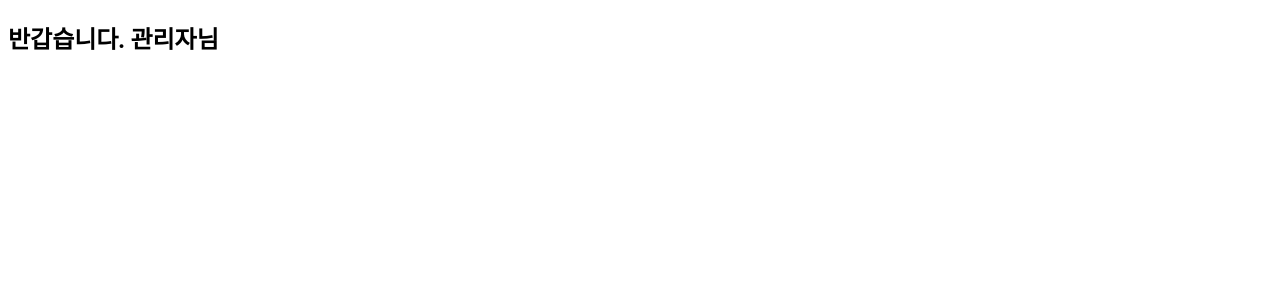
Repository: cdj6995/Web
Page: http://localhost/Lecture-Web/jsp/jstl/core/exam03.jsp
These files come from the project's save history. The page is drawn as it stood at one moment and after the next save; the edit follows.
The browser window is 1280 px wide. The pictures show the whole page.
The page is served by Tomcat 9. Other server files are loaded and not shown.

Above is the page before, as saved 2022-06-07 06:57:03.

### Lecture-Web/src/main/webapp/jsp/jstl/core/exam03.jsp
<%@ page language="java" contentType="text/html; charset=UTF-8"
    pageEncoding="UTF-8"%>
<%@ taglib prefix="c" uri="http://java.sun.com/jsp/jstl/core" %>
<!DOCTYPE html>
<html>
<head>
<meta charset="UTF-8">
<title>Insert title here</title>
</head>
<body>
	<%--
		http://localhost:9999/Lecture-Web/jsp/jstl/core/exam04.jsp?type=S or
		http://localhost:9999/Lecture-Web/jsp/jstl/core/exam04.jsp?type=U
	--%>

	<h2>반갑습니다. 관리자님</h2>

</body>
</html>

After the next save:
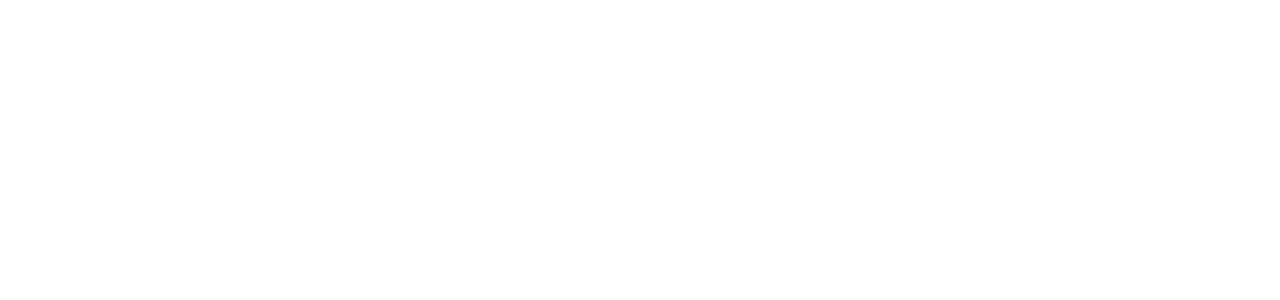
Saved 13 s later.
--- a/Lecture-Web/src/main/webapp/jsp/jstl/core/exam03.jsp
+++ b/Lecture-Web/src/main/webapp/jsp/jstl/core/exam03.jsp
@@ -12,8 +12,9 @@
 		http://localhost:9999/Lecture-Web/jsp/jstl/core/exam04.jsp?type=S or
 		http://localhost:9999/Lecture-Web/jsp/jstl/core/exam04.jsp?type=U
 	--%>
-
-	<h2>반갑습니다. 관리자님</h2>
+	<c:if test="">
+		<h2>반갑습니다. 관리자님</h2>
+	</c:if>
 
 </body>
 </html>

After the save that followed:
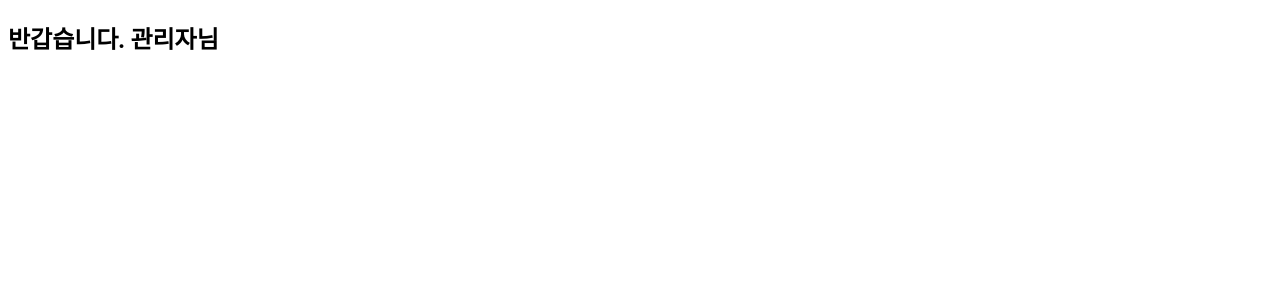
Saved 14 s later.
--- a/Lecture-Web/src/main/webapp/jsp/jstl/core/exam03.jsp
+++ b/Lecture-Web/src/main/webapp/jsp/jstl/core/exam03.jsp
@@ -12,7 +12,7 @@
 		http://localhost:9999/Lecture-Web/jsp/jstl/core/exam04.jsp?type=S or
 		http://localhost:9999/Lecture-Web/jsp/jstl/core/exam04.jsp?type=U
 	--%>
-	<c:if test="">
+	<c:if test="true">
 		<h2>반갑습니다. 관리자님</h2>
 	</c:if>
 
